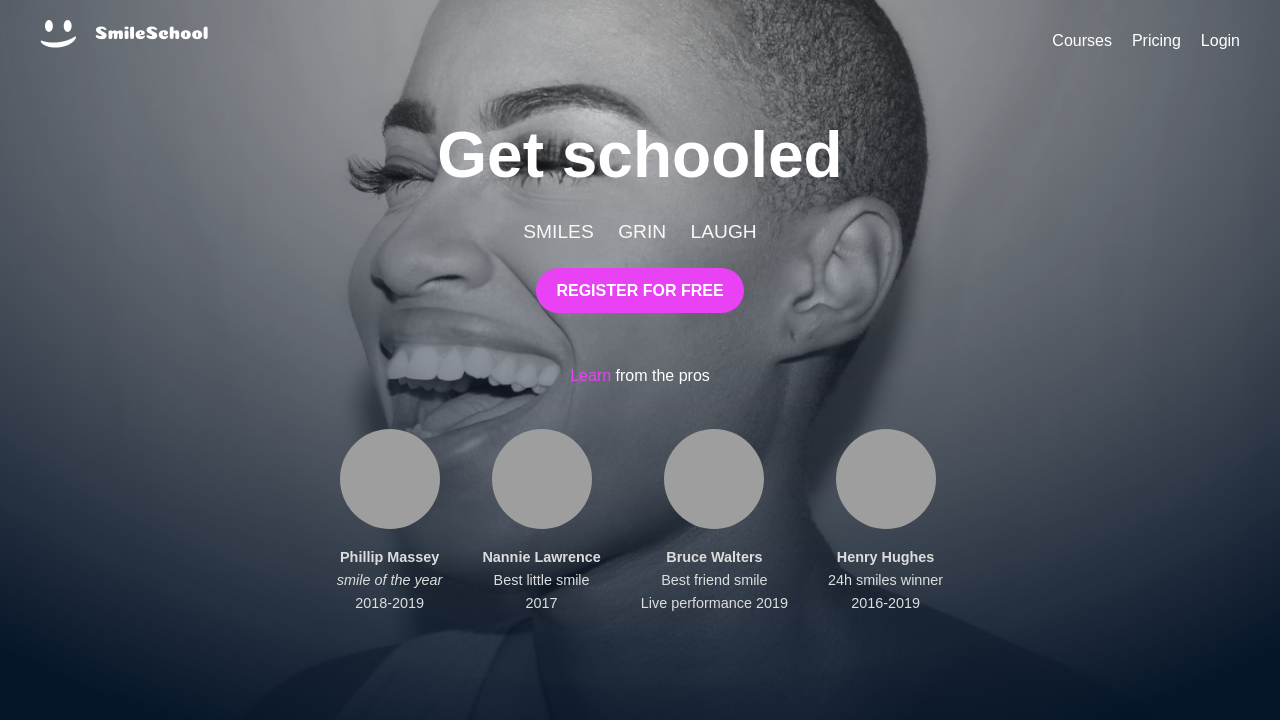
Repository: Patience225/alx_html_css
Page: css_advanced/index.html
These files come from the project's save history. The page is drawn as it stood at one moment and after a run of saves; the edit follows.
The browser window is 1280 px wide. The pictures show the whole page.
Pictures or frames that could not be fetched are drawn as grey boxes.

Above is the page before, as saved 2025-01-03 21:12:10.

### css_advanced/index.html
<!DOCTYPE html>
<html lang="en">
<head>
    <meta charset="UTF-8">
    <meta name="viewport" content="width=device-width, initial-scale=1.0">
    <title>SmileSchool</title>
    <link rel="stylesheet" href="styles.css">
</head>
<body>
    <header class="header">
        <nav class="navbar">
            <div class="logo"> <img src="images/logo.png" alt="Logo" /></div>
            <ul class="nav-links">
                <li><a href="#">Courses</a></li>
                <li><a href="#">Pricing</a></li>
                <li><a href="#">Login</a></li>
            </ul>
        </nav>
    </header>

    <section class="banner">
        <div class="banner-content">
            <h1>Get schooled</h1>
            <div class="subtext">
                <span>SMILES</span>
                <span>GRIN</span>
                <span>LAUGH</span>
            </div>
            <a href="#" class="cta-button">REGISTER FOR FREE</a>
        </div>
        <div class="learn-pros">
            <p> <span>Learn</span> from the pros </p>
        </div>
        <div class="profiles">
            <div class="profile">
                <img src="profile1.jpg" alt="Phillip Massey">
                <p><strong>Phillip Massey</strong><br> <em> smile of the year</em> <br>2018-2019</p>
            </div>
            <div class="profile">
                <img src="profile2.jpg" alt="Nannie Lawrence">
                <p><strong>Nannie Lawrence</strong><br>Best little smile<br>2017</p>
            </div>
            <div class="profile">
                <img src="profile3.jpg" alt="Bruce Walters">
                <p><strong>Bruce Walters</strong><br>Best friend smile<br>Live performance 2019</p>
            </div>
            <div class="profile">
                <img src="profile4.jpg" alt="Henry Hughes">
                <p><strong>Henry Hughes</strong><br>24h smiles winner<br>2016-2019</p>
            </div>
        </div>
    </section>
</body>
</html>

### css_advanced/styles.css
/* Reset Styles */
* {
  margin: 0;
  padding: 0;
  box-sizing: border-box;
}

body {
  font-family: Arial, sans-serif;
  line-height: 1.6;
  background: #000; /* Fallback background */
  color: white;
}

/* Header */
.header {
  position: absolute;
  top: 0;
  left: 0;
  width: 100%;
  z-index: 10;
  padding: 20px 40px;
}

.navbar {
  display: flex;
  justify-content: space-between;
  align-items: center;
}

.logo {
  font-size: 1.5rem;
  font-weight: bold;
}

.nav-links {
  list-style: none;
  display: flex;
  gap: 20px;
}

.nav-links li a {
  text-decoration: none;
  color: white;
  font-weight: 500;
}

/* Banner Section */
.banner {
  background: url('images/Object.png') no-repeat center/cover;
  height: 100vh;
  display: flex;
  flex-direction: column;
  align-items: center;
  justify-content: center;
  text-align: center;
  position: relative;
  color: white;
}

.banner h1 {
  font-size: 4rem;
  font-weight: bold;
  margin-bottom: 10px;
}

.subtext span {
  margin: 0 10px;
  font-size: 1.2rem;
  color: #fbf7f7;
}

.cta-button {
  display: inline-block;
  background: #e942f5;
  color: white;
  padding: 10px 20px;
  text-decoration: none;
  border-radius: 25px;
  margin: 20px 0;
  font-weight: bold;
}

.learn-pros {
  margin-top: 30px;
}

.learn-pros span {
  color: #e942f5;
}

.profiles {
  display: flex;
  justify-content: center;
  gap: 40px;
  margin-top: 40px;
}

.profile {
  text-align: center;
}

.profile img {
  width: 100px;
  height: 100px;
  border-radius: 50%;
  margin-bottom: 10px;
}

.profile p {
  font-size: 0.9rem;
  color: #ddd;
}

After the next 4 saves:
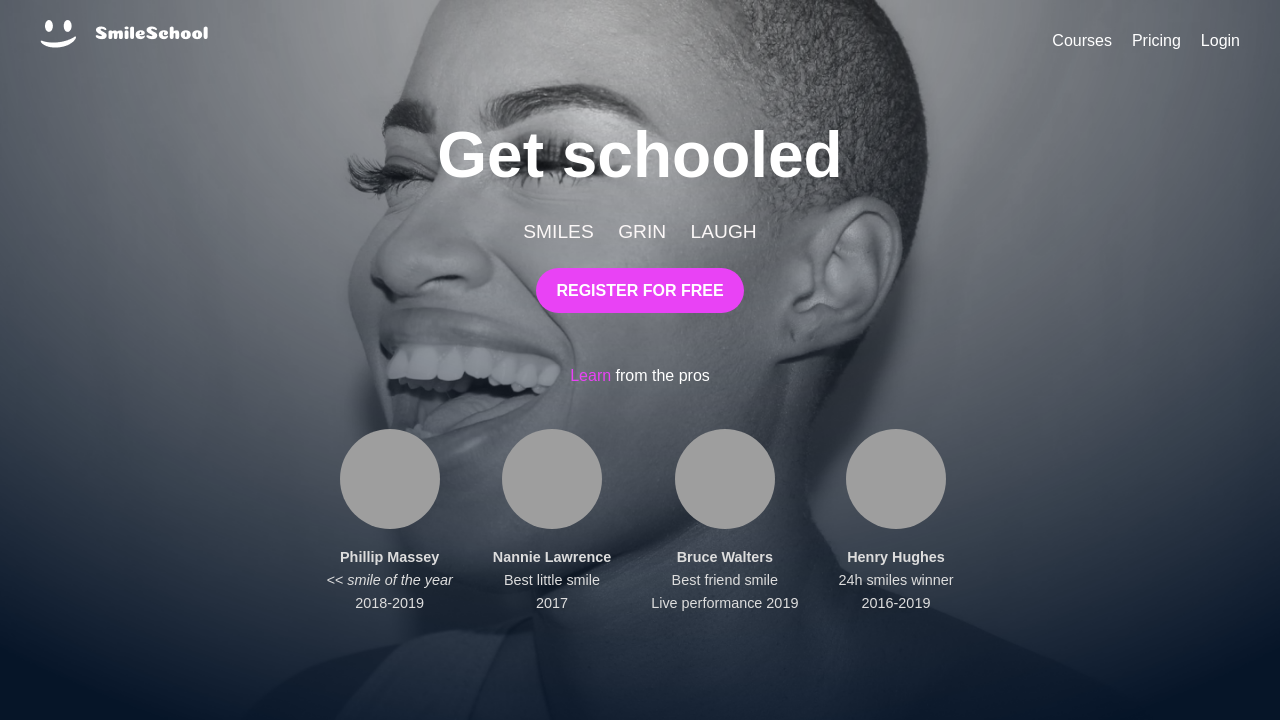
The 4 saves are shown as one change because they came seconds apart.
The last was saved 10 s later.
--- a/css_advanced/index.html
+++ b/css_advanced/index.html
@@ -34,7 +34,7 @@
         <div class="profiles">
             <div class="profile">
                 <img src="profile1.jpg" alt="Phillip Massey">
-                <p><strong>Phillip Massey</strong><br> <em> smile of the year</em> <br>2018-2019</p>
+                <p><strong>Phillip Massey</strong><br> <em> << smile of the year</em> <br>2018-2019</p>
             </div>
             <div class="profile">
                 <img src="profile2.jpg" alt="Nannie Lawrence">
